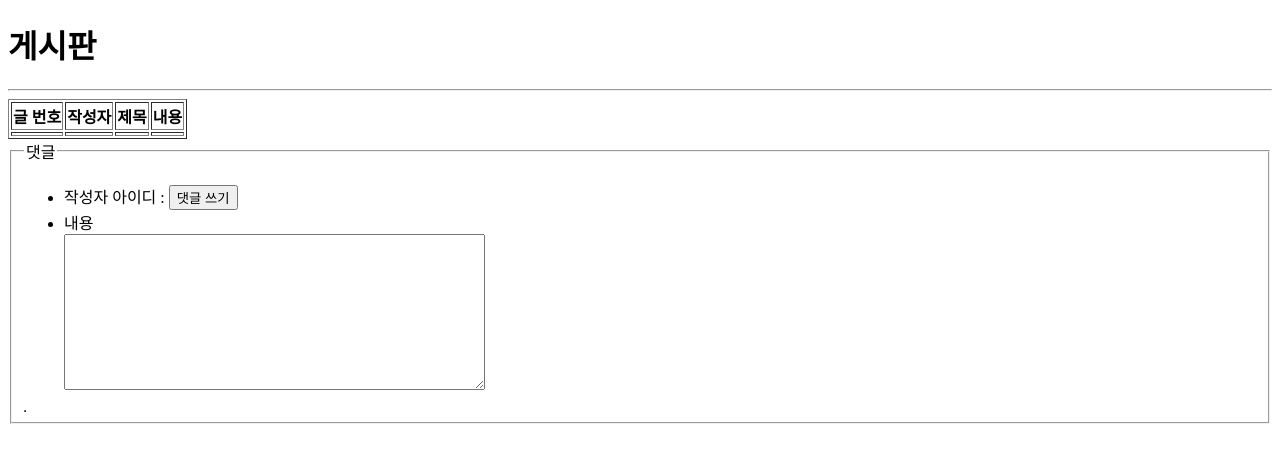
Repository: khy4701/JavaServerPage-Servlet
Page: http://localhost/07.BoardProejct/View.jsp
These files come from the project's save history. The page is drawn as it stood at one moment and after the next save; the edit follows.
The browser window is 1280 px wide. The pictures show the whole page.
The page is served by Tomcat 9. Other server files are loaded and not shown.

Above is the page before, as saved 2016-07-27 00:47:38.

### 07.BoardProejct/WebContent/View.jsp
<%@ page language="java" contentType="text/html; charset=UTF-8"
    pageEncoding="UTF-8"%>
<%@ taglib uri="http://java.sun.com/jsp/jstl/core" prefix="c" %>

<!DOCTYPE html>
<html>
<head>
<meta charset="UTF-8">
<title>Insert title here</title>
</head>
<body>

<h1>게시판</h1>
<hr>

<c:set var ="content" value= "${requestScope.ContentInfo}"/>
<table border ="1">

<tr><th> 글 번호 </th> <th>작성자 </th> <th> 제목</th>
<th>내용 </th> </tr>

    <tr><td align ="center"> ${content.num }        </td>
    <td align ="center"> ${content.name }			</td>
    <td align ="center"> ${content.title }  		</td>
    <td align ="center"> ${content.content }  	  	</td>


</table>

<fieldset>
	<legend>댓글 </legend>
		<ul>
			<li>작성자 아이디 : ${content.id} <input type="button" value="댓글 쓰기"> </li>
			<li>내용 <br><textarea rows="10" cols="50" name="content"></textarea></li>
		</ul>

	<table border="1">

	</table>

</fieldset>



</body>
</html>

After the next save:
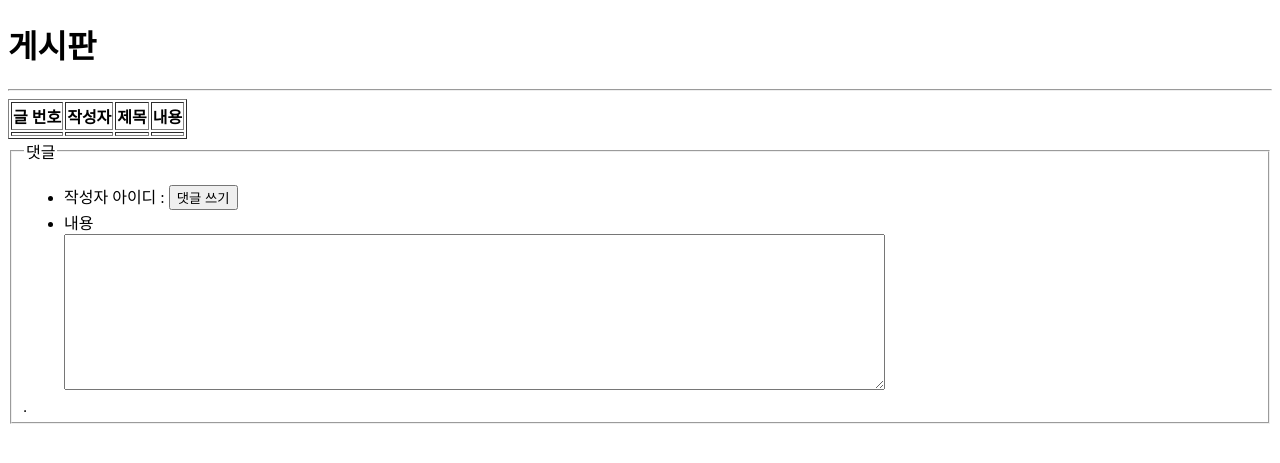
Saved 6 s later.
--- a/07.BoardProejct/WebContent/View.jsp
+++ b/07.BoardProejct/WebContent/View.jsp
@@ -31,7 +31,7 @@
 	<legend>댓글 </legend>
 		<ul>
 			<li>작성자 아이디 : ${content.id} <input type="button" value="댓글 쓰기"> </li>
-			<li>내용 <br><textarea rows="10" cols="50" name="content"></textarea></li>
+			<li>내용 <br><textarea rows="10" cols="100" name="content"></textarea></li>
 		</ul>
 
 	<table border="1">
